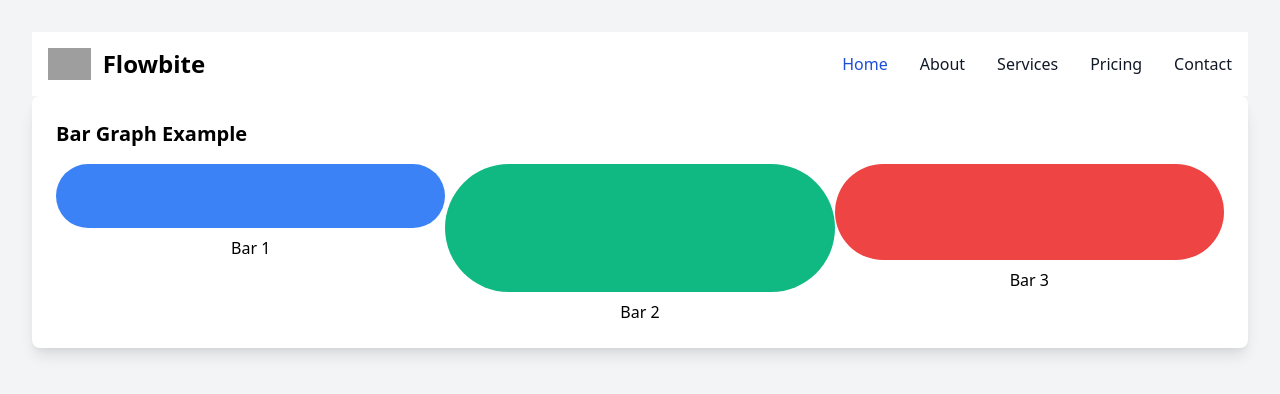
Repository: theamgri/thesis-website-nextjs
Page: website.html
An editor plug-in stored every save of this project. The page is shown before and after the next save, followed by the edit.
The browser window is 1280 px wide. The pictures show the whole page.
Pictures or frames that could not be fetched are drawn as grey boxes.

Above is the page before, as saved 2023-10-01 22:59:48.

After the next save:
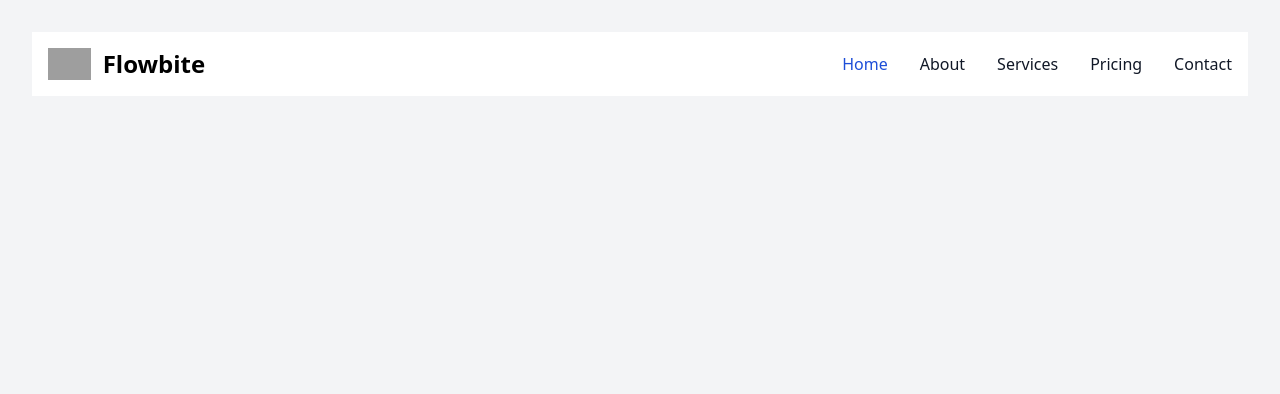
Saved 12 s later.
--- a/website.html
+++ b/website.html
@@ -44,7 +44,7 @@
     </div>
   </nav>
 
-    <div class="bg-white p-6 rounded-lg shadow-lg">
+    <!-- <div class="bg-white p-6 rounded-lg shadow-lg">
         <h2 class="text-xl font-semibold mb-4">Bar Graph Example</h2>
         <div class="flex">
             <div class="w-1/3">
@@ -60,6 +60,6 @@
                 <p class="text-center">Bar 3</p>
             </div>
         </div>
-    </div>
+    </div> -->
 </body>
 </html>

After the save that followed:
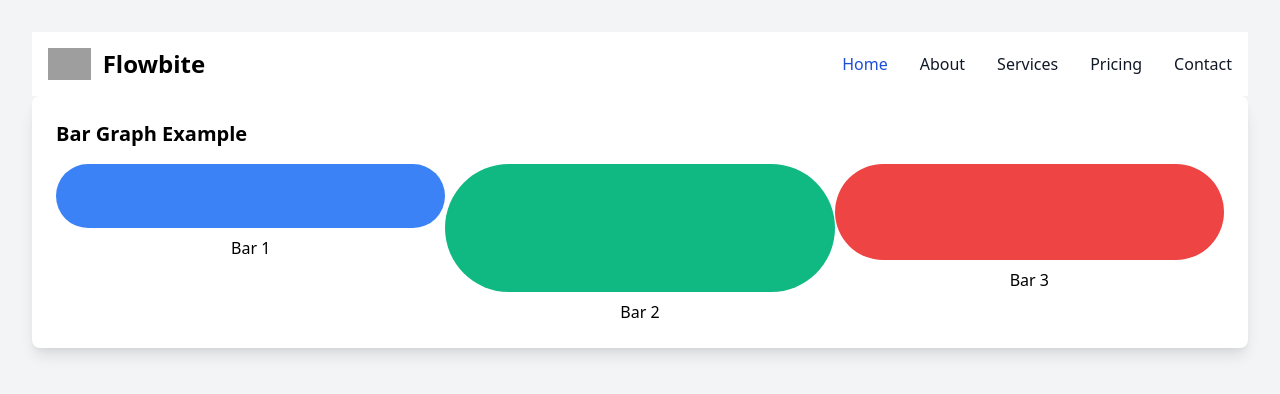
Saved 5 min 21 s later.
--- a/website.html
+++ b/website.html
@@ -44,7 +44,7 @@
     </div>
   </nav>
 
-    <!-- <div class="bg-white p-6 rounded-lg shadow-lg">
+    <div class="bg-white p-6 rounded-lg shadow-lg">
         <h2 class="text-xl font-semibold mb-4">Bar Graph Example</h2>
         <div class="flex">
             <div class="w-1/3">
@@ -60,6 +60,6 @@
                 <p class="text-center">Bar 3</p>
             </div>
         </div>
-    </div> -->
+    </div>
 </body>
 </html>
